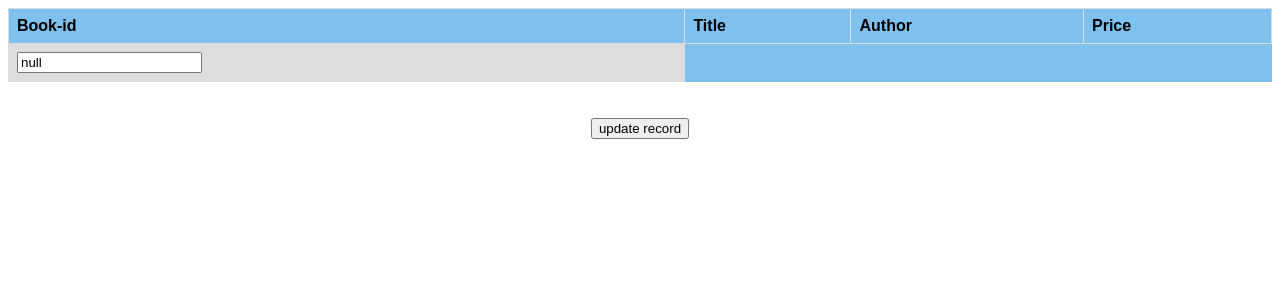
Repository: Saikumar6901/DBSTrainingModules
Page: http://localhost/Bookmanagement/updatedetails.jsp
The author's editor kept a copy of each file at every save. The page is drawn from the files as they stood at one save, then again after the next save.
The browser window is 1280 px wide. The pictures show the whole page.
The page is served by Tomcat 9.

Above is the page before, as saved 2019-08-12 15:09:14.

After the next save:
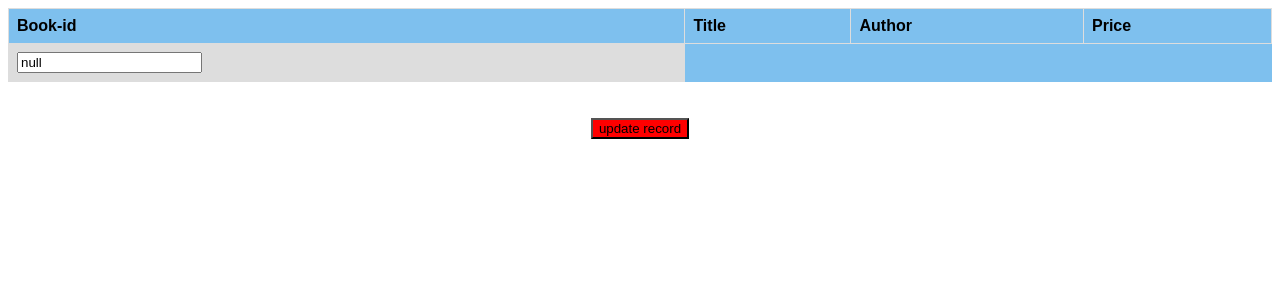
Saved 16 s later.
--- a/eclipse/Bookmanagement/WebContent/updatedetails.jsp
+++ b/eclipse/Bookmanagement/WebContent/updatedetails.jsp
@@ -25,7 +25,7 @@ tr:nth-child(even) {
 .subbutton{
   margin:auto;
   display:block;
-  background-color: #ffOOOO;
+  background-color: #ff0000;
 }
 </style>
 </head>
